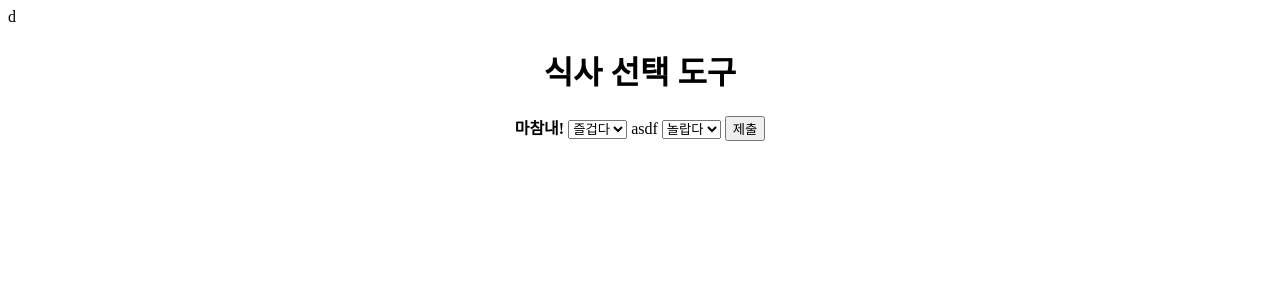
Repository: kimgh06/JavaWeb
Page: http://localhost/what/
These files come from the project's save history. The page is drawn as it stood at one moment and after a run of saves; the edit follows.
The browser window is 1280 px wide. The pictures show the whole page.
The page is served by Tomcat 9. Other server files are loaded and not shown.

Above is the page before, as saved 2022-11-03 02:28:13.

### what/src/main/webapp/index.jsp
<%@ page language="java" contentType="text/html; charset=EUC-KR"
    pageEncoding="EUC-KR"%>
<!DOCTYPE html>
<html>
<head>
<meta charset="EUC-KR">
<title>식사 선택 도구</title>
<link href ="./main.css" rel = "stylesheet" type = "text/css">
</head>d
<body>
	<div id="main">
	<h1>식사 선택 도구</h1>
		<b>마참내!</b>
		<select>
			<option>즐겁다</option>
			<option>화난다</option>
			<option>기쁘다</option>
		</select>
		<label>asdf</label>
		<select>
			<option>놀랍다</option>
		</select>
		<button>제출</button>
	</div>
</body>
</html>

### what/src/main/webapp/main.css
@CHARSET "UTF-8";

#main{
	text-align: center;
	display: block;
}

After the next 4 saves:
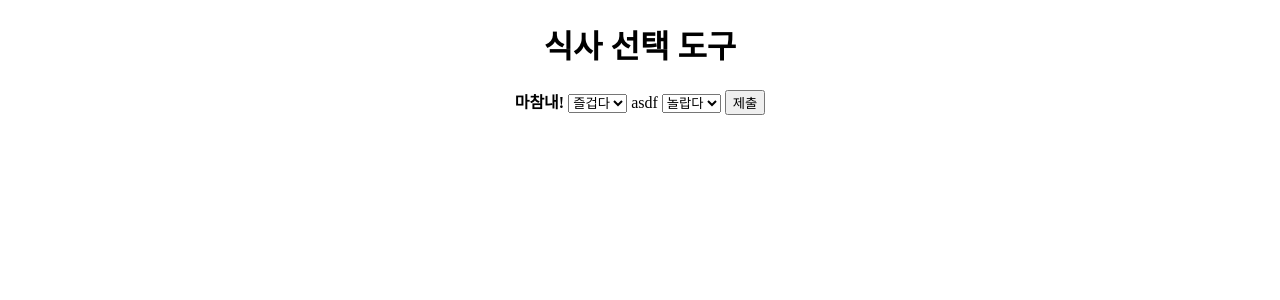
The 4 saves are shown as one change because they came seconds apart.
The last was saved 13 s later.
--- a/what/src/main/webapp/index.jsp
+++ b/what/src/main/webapp/index.jsp
@@ -6,7 +6,7 @@
 <meta charset="EUC-KR">
 <title>식사 선택 도구</title>
 <link href ="./main.css" rel = "stylesheet" type = "text/css">
-</head>d
+</head>
 <body>
 	<div id="main">
 	<h1>식사 선택 도구</h1>
